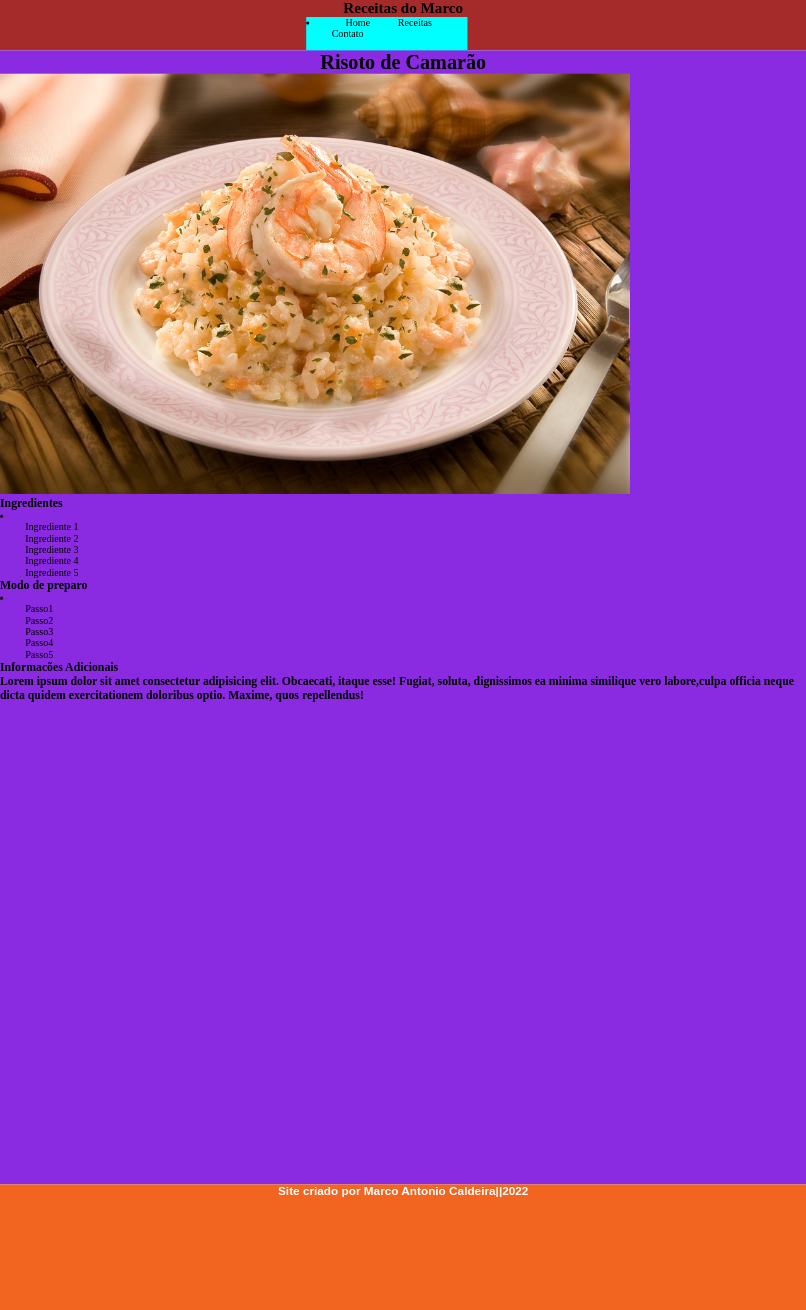
Repository: MarcoantonioCaldeira/Aprendizados-e-Conhecimentos
Page: Receitas da Casa/index.html
An editor plug-in stored every save of this project. The page is shown before and after the next save, followed by the edit.
The browser window is 1280 px wide. The pictures show the whole page, at 63% of full size.

Above is the page before, as saved 2022-05-25 23:50:18.

After the next save:
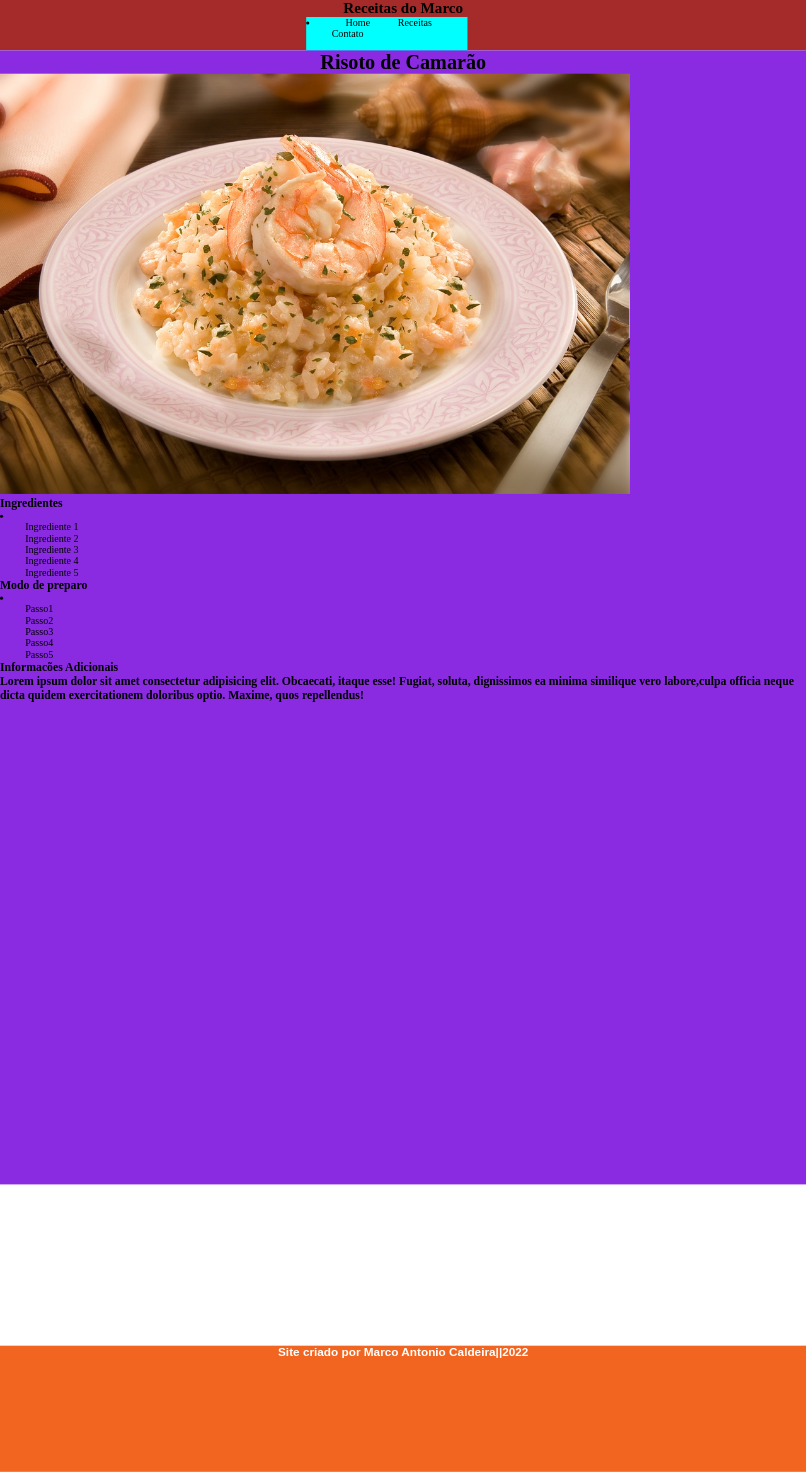
Saved 25 s later.
--- a/Receitas da Casa/css/estilo.css
+++ b/Receitas da Casa/css/estilo.css
@@ -40,6 +40,7 @@
 
 .agradecimentos-rodape{
     position: relative;
+    margin-top: 20%;
     color:white;
     font-family: arial;
     text-align: center;

After the save that followed:
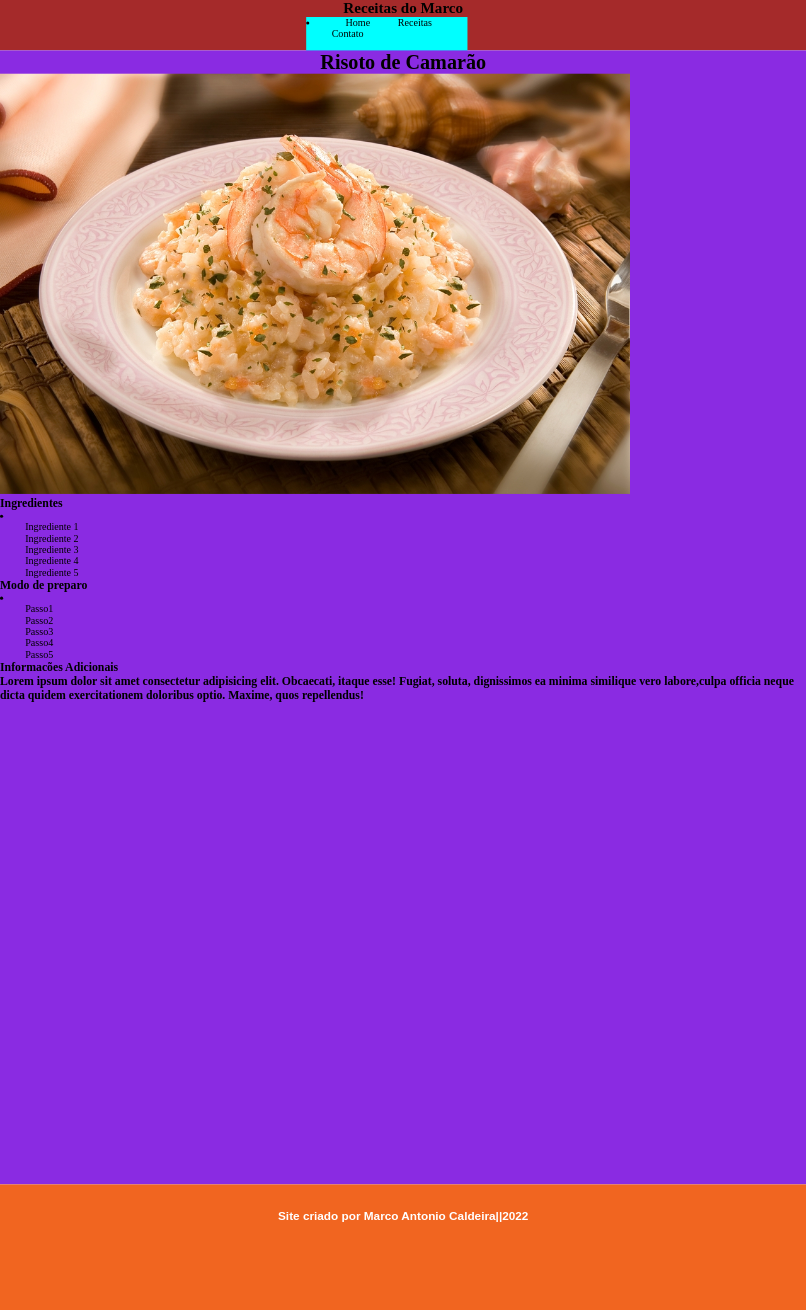
Saved 11 s later.
--- a/Receitas da Casa/css/estilo.css
+++ b/Receitas da Casa/css/estilo.css
@@ -40,7 +40,7 @@
 
 .agradecimentos-rodape{
     position: relative;
-    margin-top: 20%;
+    top: 20%;
     color:white;
     font-family: arial;
     text-align: center;
